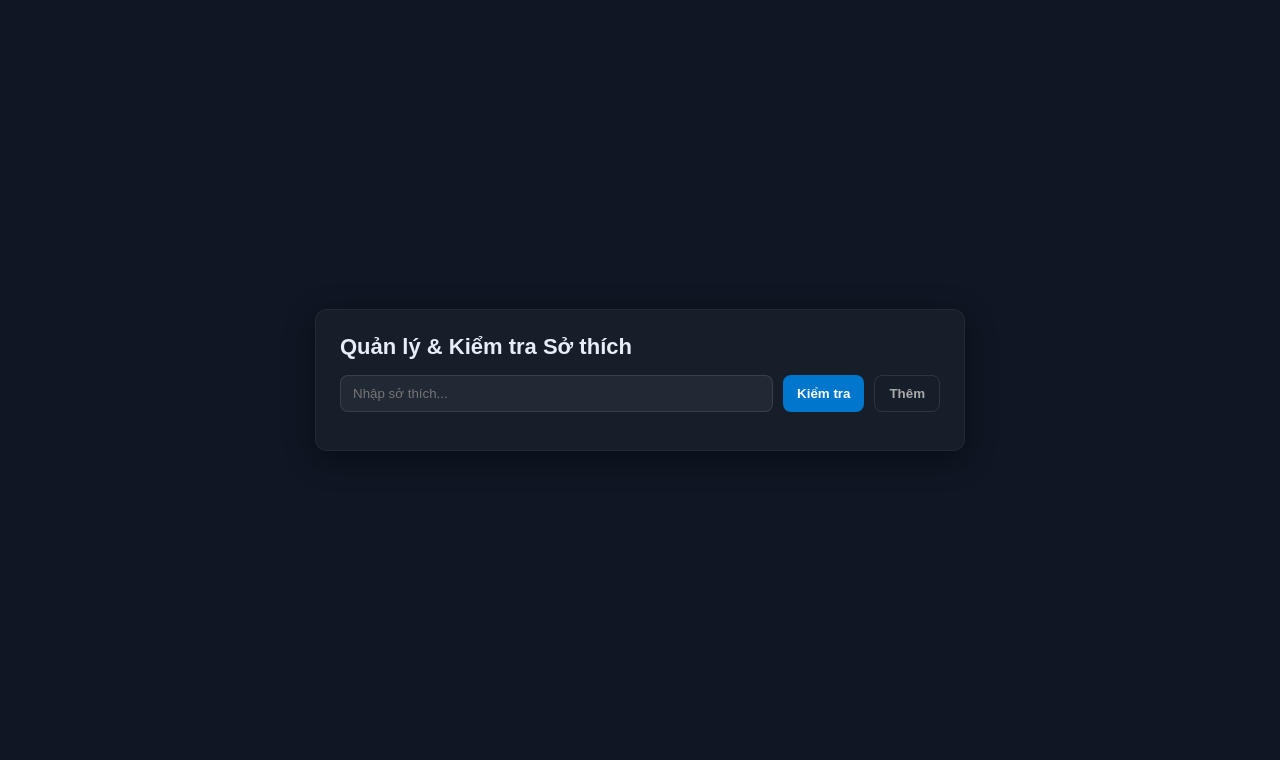
Repository: binhphanbp/ECMAScript_WEB501_WD20301
Page: Lab/Lab1/favourite.html
An editor plug-in stored every save of this project. The page is shown before and after the next save, followed by the edit.
The browser window is 1280 px wide. The pictures show the whole page.

Above is the page before, as saved 2025-09-18 09:23:02.

### Lab/Lab1/favourite.html
<!DOCTYPE html>
<html lang="vi">
  <head>
    <meta charset="utf-8" />
    <meta name="viewport" content="width=device-width,initial-scale=1" />
    <title>Quản lý Sở thích</title>
    <style>
      body {
        font-family: sans-serif;
        background: #0f1724;
        color: #e6eef8;
        min-height: 100vh;
        display: flex;
        align-items: center;
        justify-content: center;
        margin: 0;
        padding: 20px;
      }
      .card {
        width: 100%;
        max-width: 600px;
        background: rgba(255, 255, 255, 0.03);
        border: 1px solid rgba(255, 255, 255, 0.05);
        border-radius: 12px;
        padding: 24px;
        box-shadow: 0 8px 30px rgba(0, 0, 0, 0.4);
      }
      h1 {
        margin-top: 0;
        font-size: 22px;
      }
      form {
        display: flex;
        gap: 10px;
        margin-bottom: 14px;
        flex-wrap: wrap;
      }
      input[type='text'] {
        flex: 1;
        padding: 10px 12px;
        border-radius: 8px;
        border: 1px solid rgba(255, 255, 255, 0.1);
        background: rgba(255, 255, 255, 0.05);
        color: white;
        outline: none;
      }
      button {
        padding: 10px 14px;
        border: none;
        border-radius: 8px;
        cursor: pointer;
        font-weight: 600;
      }
      button.primary {
        background: #07c;
        color: white;
      }
      button.secondary {
        background: transparent;
        border: 1px solid rgba(255, 255, 255, 0.1);
        color: #aaa;
      }
      .favorites {
        display: flex;
        gap: 8px;
        flex-wrap: wrap;
        margin-top: 10px;
      }
      .chip {
        background: rgba(255, 255, 255, 0.05);
        padding: 6px 10px;
        border-radius: 999px;
        display: flex;
        align-items: center;
        gap: 6px;
        font-size: 14px;
      }
      .chip button {
        background: transparent;
        border: none;
        color: #ef4444;
        cursor: pointer;
        font-size: 14px;
        padding: 0;
      }
      .result {
        margin-top: 12px;
        padding: 10px;
        border-radius: 8px;
        font-weight: 600;
      }
      .ok {
        background: rgba(22, 163, 74, 0.15);
        color: #16a34a;
      }
      .not {
        background: rgba(239, 68, 68, 0.15);
        color: #ef4444;
      }
    </style>
  </head>
  <body>
    <div class="card">
      <h1>Quản lý & Kiểm tra Sở thích</h1>

      <form id="favForm">
        <input id="favoriteInput" type="text" placeholder="Nhập sở thích..." />
        <button type="submit" class="primary">Kiểm tra</button>
        <button type="button" id="addBtn" class="secondary">Thêm</button>
      </form>

      <div id="output"></div>
      <div class="favorites" id="favorites"></div>
    </div>

    <script>
      let myFavorite = [];

      const input = document.getElementById('favoriteInput');
      const form = document.getElementById('favForm');
      const addBtn = document.getElementById('addBtn');
      const output = document.getElementById('output');
      const favoritesEl = document.getElementById('favorites');

      // Render danh sách chip
      function renderFavorites() {
        favoritesEl.innerHTML = '';
        myFavorite.forEach((item, idx) => {
          const chip = document.createElement('div');
          chip.className = 'chip';
          chip.textContent = item;
          const delBtn = document.createElement('button');
          delBtn.textContent = '❌';
          delBtn.title = 'Xoá';
          delBtn.addEventListener('click', () => {
            myFavorite.splice(idx, 1);
            renderFavorites();
          });
          chip.appendChild(delBtn);
          favoritesEl.appendChild(chip);
        });
      }

      function checkFavorite(a) {
        const val = a.trim().toLowerCase();
        return myFavorite.some((f) => f.toLowerCase() === val);
      }

      function showResult(message, ok) {
        output.innerHTML = `<div class="result ${
          ok ? 'ok' : 'not'
        }">${message}</div>`;
      }

      // Sự kiện kiểm tra (submit form)
      form.addEventListener('submit', (e) => {
        e.preventDefault();
        const val = input.value.trim();
        if (!val) {
          showResult('Vui lòng nhập một sở thích.', false);
          return;
        }
        if (checkFavorite(val)) {
          showResult(`Chung sở thích: "${val}"`, true);
        } else {
          showResult(`Không chung sở thích: "${val}"`, false);
        }
      });

      addBtn.addEventListener('click', () => {
        const val = input.value.trim();
        if (!val) {
          showResult('Vui lòng nhập để thêm.', false);
          return;
        }
        if (checkFavorite(val)) {
          showResult(`"${val}" đã có trong danh sách.`, false);
          return;
        }
        myFavorite.push(val);
        renderFavorites();
        showResult(`Đã thêm "${val}" vào danh sách.`, true);
        input.value = '';
      });

      renderFavorites();
    </script>
  </body>
</html>

After the next save:
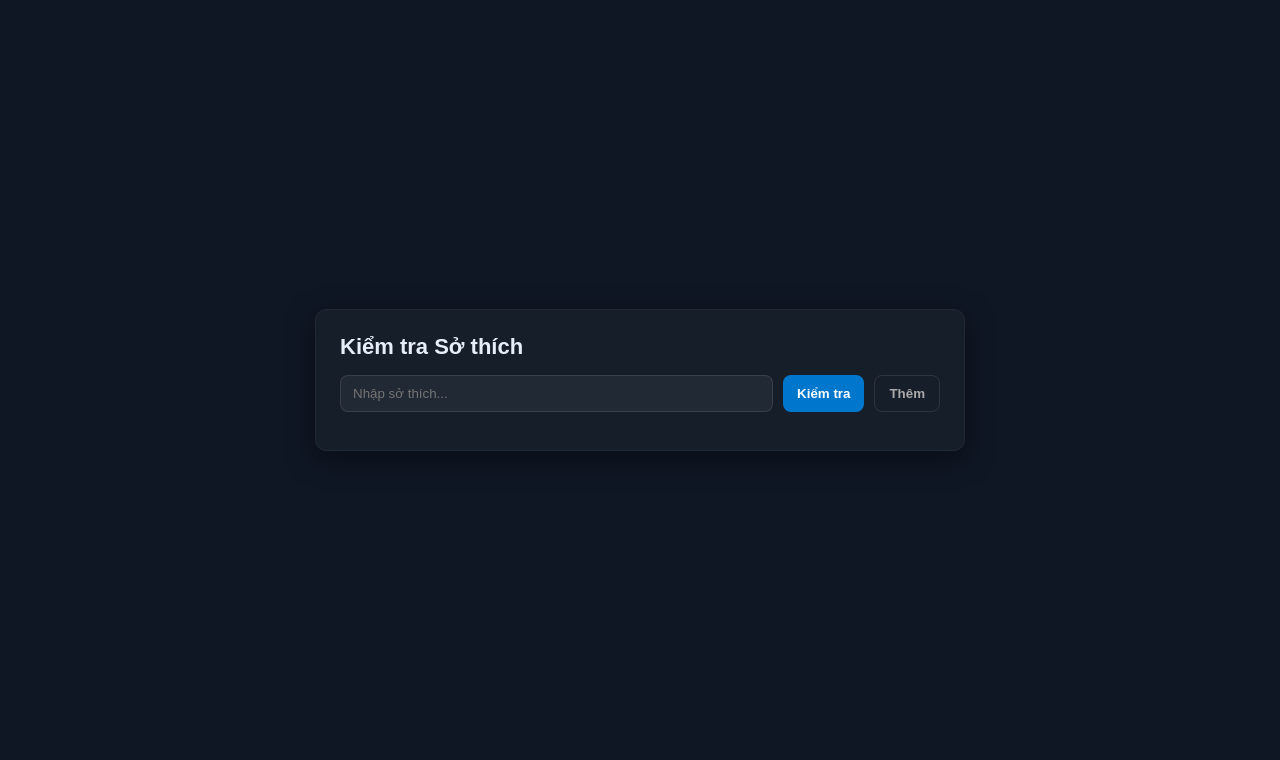
Saved 3 min 11 s later.
--- a/Lab/Lab1/favourite.html
+++ b/Lab/Lab1/favourite.html
@@ -101,7 +101,7 @@
   </head>
   <body>
     <div class="card">
-      <h1>Quản lý & Kiểm tra Sở thích</h1>
+      <h1>Kiểm tra Sở thích</h1>
 
       <form id="favForm">
         <input id="favoriteInput" type="text" placeholder="Nhập sở thích..." />
@@ -122,7 +122,6 @@
       const output = document.getElementById('output');
       const favoritesEl = document.getElementById('favorites');
 
-      // Render danh sách chip
       function renderFavorites() {
         favoritesEl.innerHTML = '';
         myFavorite.forEach((item, idx) => {
@@ -146,13 +145,12 @@
         return myFavorite.some((f) => f.toLowerCase() === val);
       }
 
-      function showResult(message, ok) {
+      function showResult(massage, ok) {
         output.innerHTML = `<div class="result ${
           ok ? 'ok' : 'not'
-        }">${message}</div>`;
+        }">${massage}</div>`;
       }
 
-      // Sự kiện kiểm tra (submit form)
       form.addEventListener('submit', (e) => {
         e.preventDefault();
         const val = input.value.trim();
